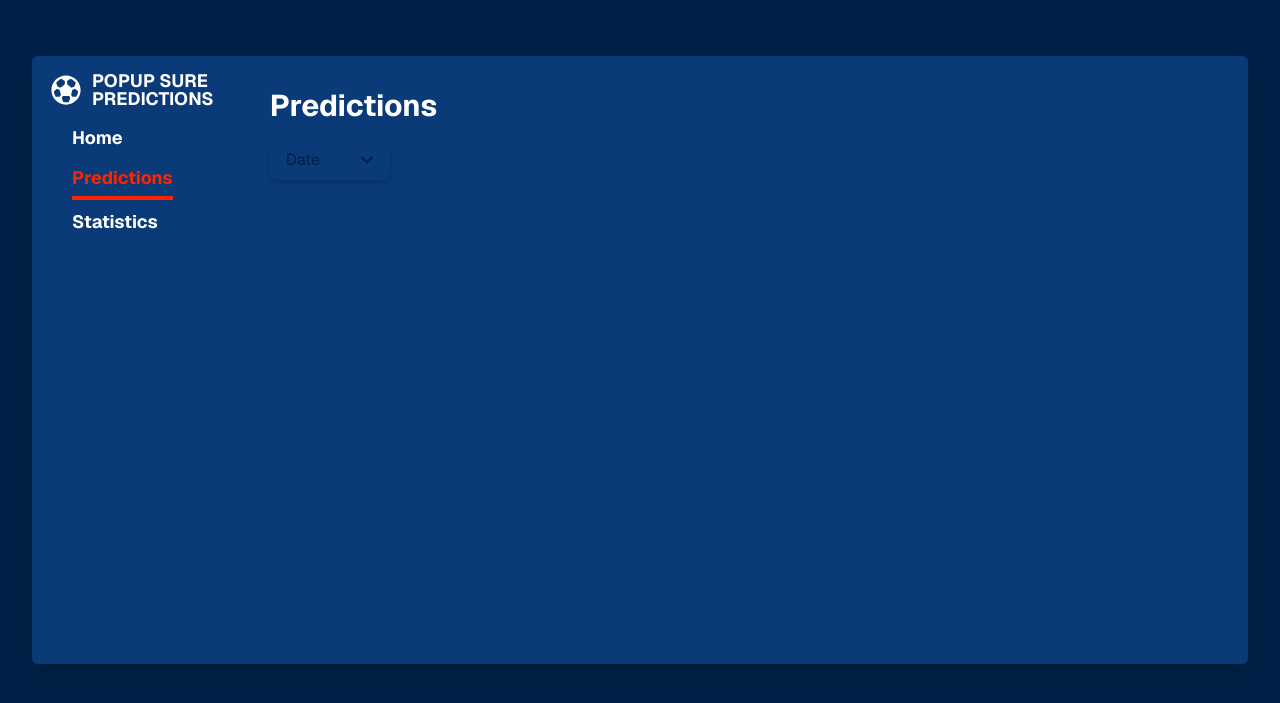
Repository: prototypedave/AlgoFooty
Page: /predictions (app in frontend/algo-footy/)
The author's editor kept a copy of each file at every save. The page is drawn from the files as they stood at one save, then again after the next save.
The browser window is 1280 px wide. The pictures show the whole page.
The project was rebuilt for these pictures with package versions that can differ from the ones it lists, and the page was loaded fresh each time. The framework's server and built-in components were replaced by stand-ins that run in the browser. Also part of the build but not shown: frontend/algo-footy/next.config.ts.

Above is the page before, as saved 2025-11-03 07:06:20.

### frontend/algo-footy/app/predictions/page.tsx
"use client";

import Link from "next/link";
import { IoMdFootball } from "react-icons/io";
import { usePathname } from "next/navigation";
import DropdownButton from "@/components/dropdown";

export default function Predictions() {
    const pathname = usePathname();
    return (
        <div className="relative flex flex-col min-h-screen items-center justify-center bg-oxford-blue font-sans">
            <nav className="absolute inset-x-0 top-0 bottom-0 bg-[#0A3A78] text-white max-h-full rounded-md mx-8 my-14 shadow-lg flex gap-10 p-4">
                <div className="flex flex-col">
                    <div className="flex gap-2">
                        <IoMdFootball className="text-4xl"/>
                        <p className="text-lg font-bold leading-none">
                            <span className="block">POPUP SURE </span>
                            <span className="block">PREDICTIONS</span>
                        </p>
                    </div>
                    <div className="flex flex-col items-start gap-2 pt-4 pl-6 font-bold text-lg text-white">
                        <Link
                            href="/home"
                            className={`pb-1 ${
                            pathname === "/home"
                                ? "border-b-4 border-black font-bold"
                                : "border-b-0"
                            }`}
                        >
                            Home
                        </Link>
                        <Link href="/predictions"
                            className={`inline-block pb-1 ${
                                pathname === "/predictions"? "border-b-4 border-orange-red font-bold text-orange-red" : "border-b-0 border-orange-red"
                            }`}>Predictions</Link>
                        <Link href={"/statistics"}>Statistics</Link>
                    </div>
                </div>
                <div className="flex flex-col p-4 gap-4">
                    <h1 className="text-3xl font-bold">Predictions</h1>
                    <div>
                            <DropdownButton />

                    </div>
                </div>
            </nav>
        </div>
    );
}

### frontend/algo-footy/app/globals.css
@import "tailwindcss";

:root {
  --background: #ffffff;
  --foreground: #171717;
}

@theme inline {
  --color-background: var(--background);
  --color-foreground: var(--foreground);
  --font-sans: var(--font-geist-sans);
  --font-mono: var(--font-geist-mono);
}

@theme {
  --color-oxford-blue: #002147;
  --color-orange-red: #FF2400;
}

@media (prefers-color-scheme: dark) {
  :root {
    --background: #0a0a0a;
    --foreground: #ededed;
  }
}

body {
  background: var(--background);
  color: var(--foreground);
  font-family: Arial, Helvetica, sans-serif;
}

### frontend/algo-footy/components/dropdown.tsx
"use client";
import { useState } from "react";
import { FaChevronDown, FaChevronUp } from "react-icons/fa";

export default function DropdownButton() {
  const [open, setOpen] = useState(false);

  return (
    <div className="relative inline-block text-left">
      {/* Button */}
      <button
        onClick={() => setOpen(!open)}
        className="flex items-center justify-between gap-10 bg-[#0A3A78] text-oxford-blue px-4 py-2 rounded-lg shadow-md hover:bg-gray-100 transition"
      >
        Date
        {open ? (
          <FaChevronUp className="text-sm" />
        ) : (
          <FaChevronDown className="text-sm" />
        )}
      </button>

      {/* Dropdown Menu */}
      {open && (
        <div className="absolute right-0 mt-2 w-48 bg-white border border-gray-200 rounded-lg shadow-lg z-10">
          <ul className="py-1">
            <li>
              <a
                href="#profile"
                className="block px-4 py-2 text-gray-700 hover:bg-gray-100"
              >
                Profile
              </a>
            </li>
            <li>
              <a
                href="#settings"
                className="block px-4 py-2 text-gray-700 hover:bg-gray-100"
              >
                Settings
              </a>
            </li>
            <li>
              <a
                href="#logout"
                className="block px-4 py-2 text-gray-700 hover:bg-gray-100"
              >
                Logout
              </a>
            </li>
          </ul>
        </div>
      )}
    </div>
  );
}

Loaded but not shown: frontend/algo-footy/app/layout.tsx (common file)

After the next save:
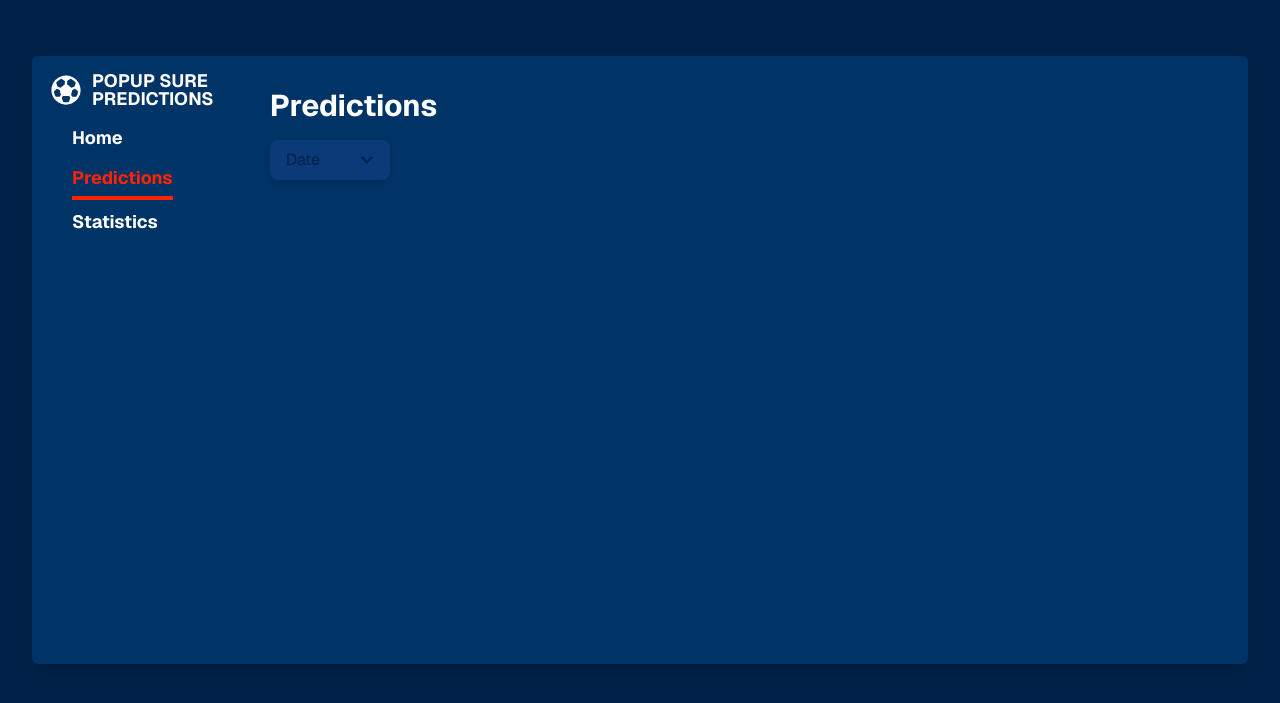
Saved 53 s later.
--- a/frontend/algo-footy/app/predictions/page.tsx
+++ b/frontend/algo-footy/app/predictions/page.tsx
@@ -9,7 +9,7 @@ export default function Predictions() {
     const pathname = usePathname();
     return (
         <div className="relative flex flex-col min-h-screen items-center justify-center bg-oxford-blue font-sans">
-            <nav className="absolute inset-x-0 top-0 bottom-0 bg-[#0A3A78] text-white max-h-full rounded-md mx-8 my-14 shadow-lg flex gap-10 p-4">
+            <nav className="absolute inset-x-0 top-0 bottom-0 bg-[#003366] text-white max-h-full rounded-md mx-8 my-14 shadow-lg flex gap-10 p-4">
                 <div className="flex flex-col">
                     <div className="flex gap-2">
                         <IoMdFootball className="text-4xl"/>
